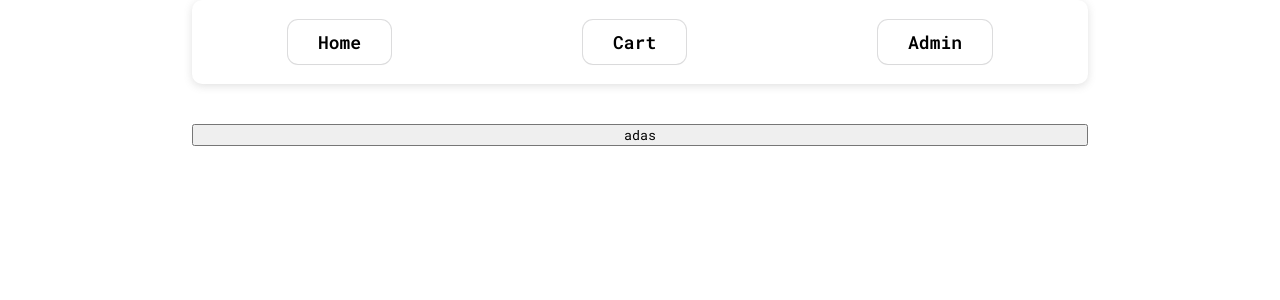
Repository: tuankiet10920/vuejs
Page: /
The author's editor kept a copy of each file at every save. The page is drawn from the files as they stood at one save, then again after the next save.
The browser window is 1280 px wide. The pictures show the whole page.
The page's requests for data from a server got no answer. The project was rebuilt for these pictures with package versions that can differ from the ones it lists, and the page was loaded fresh each time. No one was signed in, and anything a server would have sent is missing. Also part of the build but not shown: vite.config.js, src/components/button.vue, src/components/helper.js, src/components/product.vue.

Above is the page before, as saved 2024-08-28 21:44:44.

After the next save:
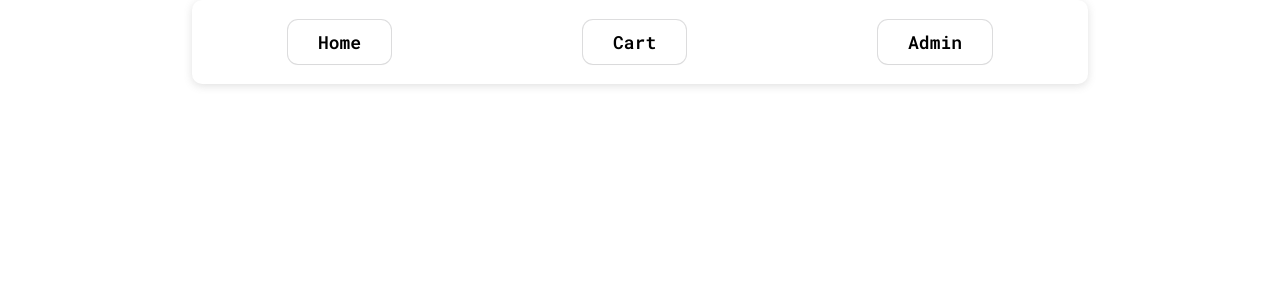
Saved 6 min 31 s later.
--- a/src/components/products.vue
+++ b/src/components/products.vue
@@ -2,7 +2,7 @@
     <div class="products">
         <Product v-for="element in products" :key="element.id" :id="element.id" :name="element.name"
             :price="element.price" :image="element.image" />
-        <button @click="clickDebug">adas</button>
+        <!-- <button @click="clickDebug">adas</button> -->
     </div>
 </template>
 
